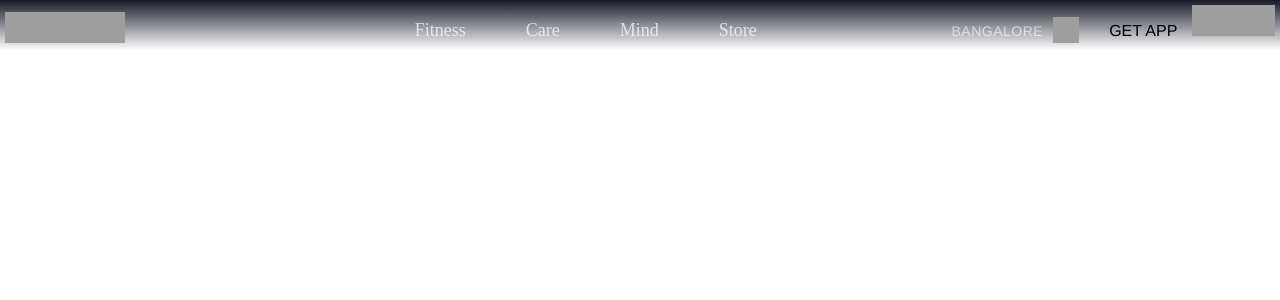
Repository: 1sanjeetsharma/cult-fit-clone
Page: /
These files come from the project's save history. The page is drawn as it stood at one moment and after a run of saves; the edit follows.
The browser window is 1280 px wide. The pictures show the whole page.
Pictures or frames that could not be fetched are drawn as grey boxes. Some web fonts or font styles are not loaded; a fallback is used. The project was rebuilt for these pictures with package versions that can differ from the ones it lists, and the page was loaded fresh each time. Also part of the build but not shown: vite.config.js, src/components/body/footer/Footer.jsx.

Above is the page before, as saved 2023-07-31 16:29:59.

After the next 2 saves:
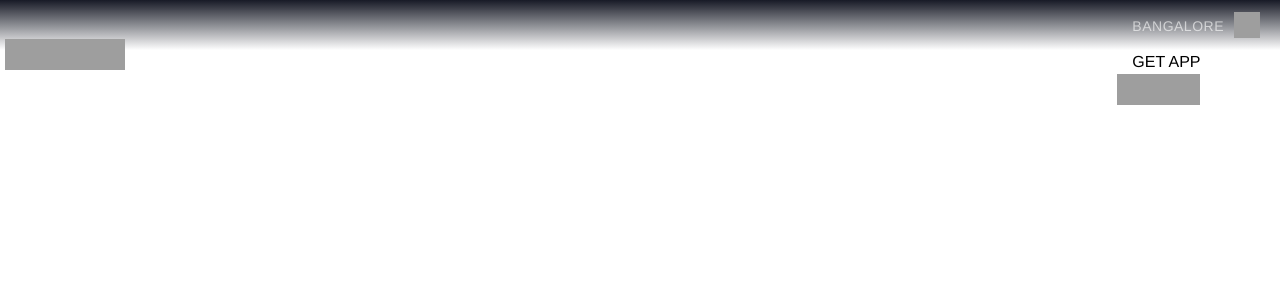
The 2 saves are shown as one change because they came seconds apart.
The last was saved 43 s later.
--- a/src/components/body/Navbar/Navbar.jsx
+++ b/src/components/body/Navbar/Navbar.jsx
@@ -32,7 +32,9 @@ const Navbar = () => {
 								/>
 							</div>
 						</div>
-						<button className="get-app">GET APP</button>
+						<div className="get-app">
+							<button>GET APP</button>
+						</div>
 
 						<button className="avatar">
 							<img

After the save that followed:
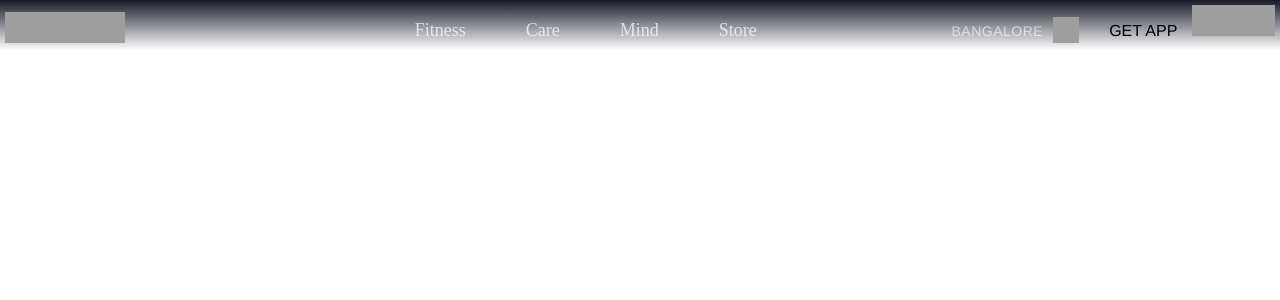
Saved 26 s later.
--- a/src/components/body/Navbar/navbar.css
+++ b/src/components/body/Navbar/navbar.css
@@ -122,6 +122,7 @@ button:focus {
 	outline: revert;
 }
 .get-app {
+	display: inline-block;
 	margin-inline: 15px;
 	font-family: Inter-Medium, Helvetica Neue, Helvetica, Roboto, Arial,
 		sans-serif;
